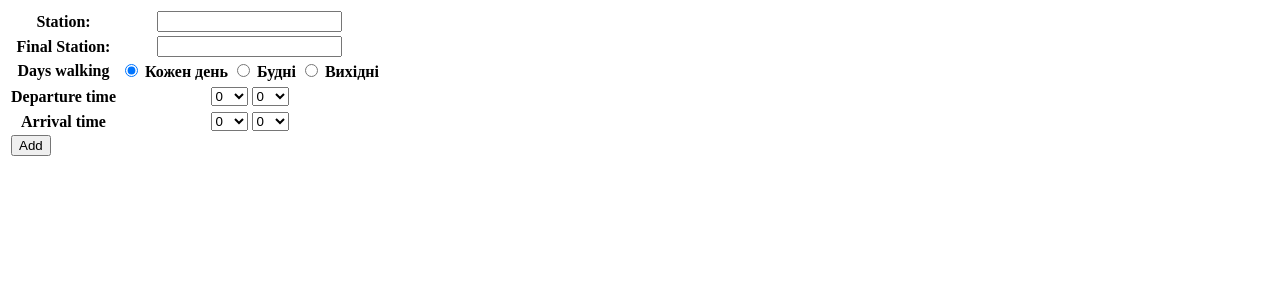
Repository: predator11/Project
Page: http://localhost/TimetableProject/add.jsp
These files come from the project's save history. The page is drawn as it stood at one moment and after the next save; the edit follows.
The browser window is 1280 px wide. The pictures show the whole page.
The page is served by Tomcat 9. Other server files are loaded and not shown.

Above is the page before, as saved 2015-06-29 20:05:53.

### TimetableProject/WebContent/add.jsp
<%@ page language="java" contentType="text/html; charset=UTF-8"
    pageEncoding="UTF-8"%>

<%@ taglib prefix="c" uri="http://java.sun.com/jsp/jstl/core" %>
<!DOCTYPE html PUBLIC "-//W3C//DTD HTML 4.01 Transitional//EN" "http://www.w3.org/TR/html4/loose.dtd">
<html>
<head>
<meta http-equiv="Content-Type" content="text/html; charset=ISO-8859-1">
<title>Insert title here</title>
</head>
<body>
 <% String everyDay = "Кожен день";
    String weekdays = "Будні";
    String weekend = "Вихідні"; %>
 <form method="post" action="CRUD?action=add"">
      <table>
       <tr>
         <th>Station: </th>
         <th><input type="Text" name="St"></th>
        </tr>
       <tr>
         <th>Final Station: </th>
         <th><input type="Text" name="fSt"></th>
        </tr>
       <tr>
         <th>Days walking</th>
         <th>
            <input type="radio" name="walkDays" checked="checked" value="Кожен день"> <%= everyDay %>
           <input type="radio" name="walkDays" value="Вихідні"> <%= weekdays %>
           <input type="radio" name="walkDays" value="Будні"> <%= weekend %>
         </th>
        </tr>
       <tr>
       <tr>
         <th>Departure time</th>
          <th>
          <select name="departurelHour" size=1>
            <c:forEach var="i" begin="0" end="24">
             <option select value="${i}"> ${i }
            </c:forEach>
          </select>
           <select name="departureMinute" size=1>
             <c:forEach var="j" begin="0" end="60">
             <option select value="${j}"> ${j }
            </c:forEach>
           </select>
          </th>
        </tr>
       <tr>
       <tr>
         <th>Arrival time</th>
         <th>
          <select name="arrivalHour" size=1>
            <c:forEach var="i" begin="0" end="24">
             <option select value="${i}"> ${i }
            </c:forEach>
          </select>
           <select name="arrivalMinute" size=1>
             <c:forEach var="j" begin="0" end="60">
             <option select value="${j}"> ${j }
            </c:forEach>
           </select>
         </th>
        </tr>
       <tr>
        <td><input type="Submit" value="Add"></td>
       </tr>
      </table>
   </form>
</body>
</html>

After the next save:
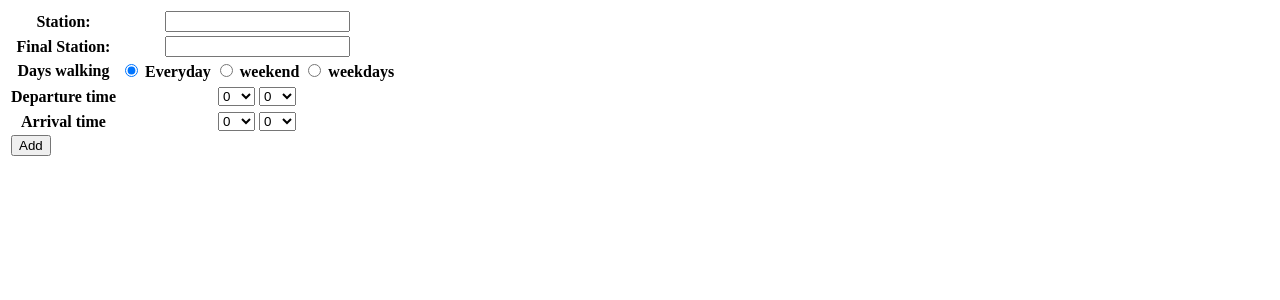
Saved 2 min 25 s later.
--- a/TimetableProject/WebContent/add.jsp
+++ b/TimetableProject/WebContent/add.jsp
@@ -1,5 +1,5 @@
-<%@ page language="java" contentType="text/html; charset=UTF-8"
-    pageEncoding="UTF-8"%>
+<%@ page language="java" contentType="text/html; charset=ISO-8859-1"
+    pageEncoding="ISO-8859-1"%>
 
 <%@ taglib prefix="c" uri="http://java.sun.com/jsp/jstl/core" %>
 <!DOCTYPE html PUBLIC "-//W3C//DTD HTML 4.01 Transitional//EN" "http://www.w3.org/TR/html4/loose.dtd">
@@ -9,9 +9,6 @@
 <title>Insert title here</title>
 </head>
 <body>
- <% String everyDay = "Кожен день";
-    String weekdays = "Будні";
-    String weekend = "Вихідні"; %>
  <form method="post" action="CRUD?action=add"">
       <table>
        <tr>
@@ -25,9 +22,9 @@
        <tr>
          <th>Days walking</th>
          <th>
-            <input type="radio" name="walkDays" checked="checked" value="Кожен день"> <%= everyDay %>
-           <input type="radio" name="walkDays" value="Вихідні"> <%= weekdays %>
-           <input type="radio" name="walkDays" value="Будні"> <%= weekend %>
+            <input type="radio" name="walkDays" checked="checked" value="everyday"> Everyday
+           <input type="radio" name="walkDays" value="weekend"> weekend
+           <input type="radio" name="walkDays" value="weekdays"> weekdays
          </th>
         </tr>
        <tr>
